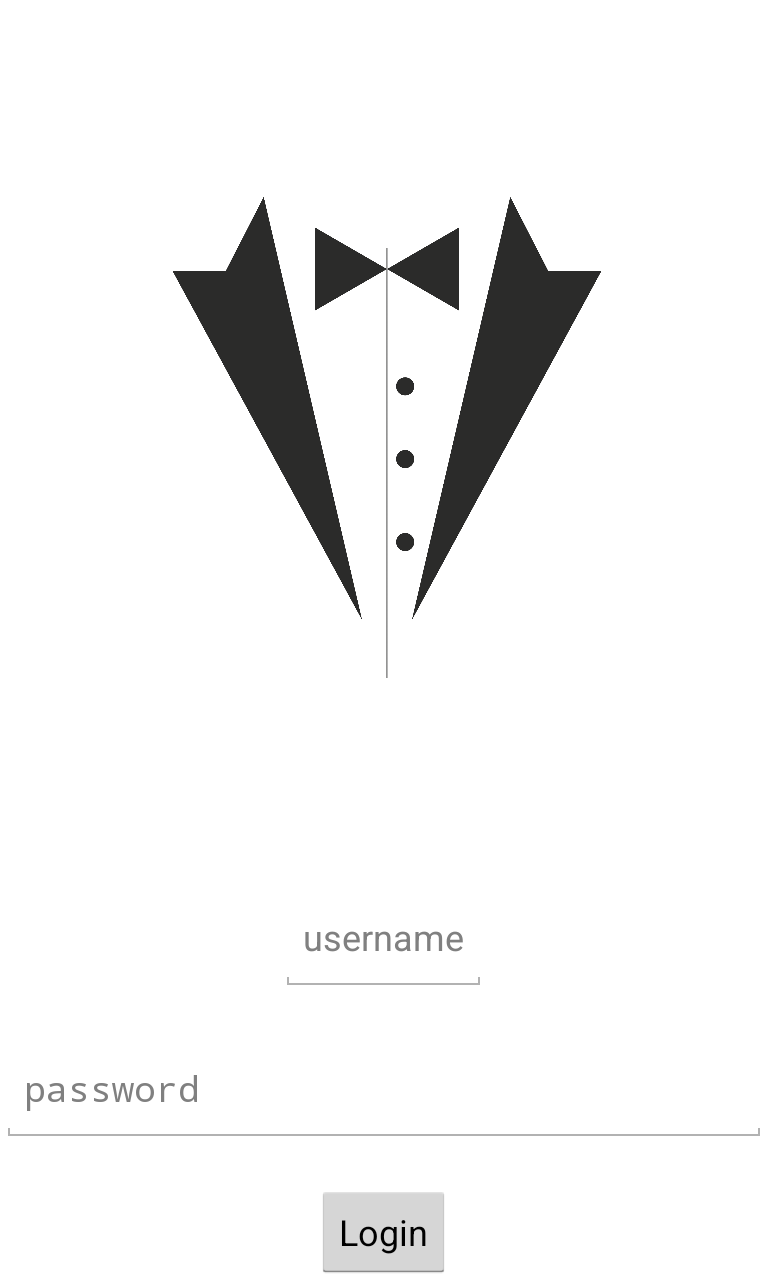
Repository: oszalex/SpryAndroid
Layout: android/Bro/res/layout/activity_main.xml
The author's editor kept a copy of each file at every save. The layout is drawn from the files as they stood at one save, then again after a run of saves.
It is drawn on a 768 x 1280 px phone screen (xhdpi) without system bars, with theme AppTheme; the app's code is not run.

Above is the layout before, as saved 2014-01-21 16:30:12.

### android/Bro/res/layout/activity_main.xml
<LinearLayout xmlns:android="http://schemas.android.com/apk/res/android"
    xmlns:tools="http://schemas.android.com/tools"
    android:layout_width="match_parent"
    android:layout_height="match_parent"
    android:orientation="vertical" >

    <ImageView
        android:id="@+id/logo"
        android:layout_width="256dp"
        android:layout_height="256dp"
        android:layout_gravity="center_horizontal"
        android:layout_weight="3"
        android:contentDescription="@string/logo_description"
        android:src="@drawable/logo" />

    <EditText
        android:id="@+id/edit_username"
        android:layout_width="wrap_content"
        android:layout_height="0dp"
        android:layout_gravity="center_horizontal"
        android:layout_marginTop="20dp"
        android:layout_weight="1"
        android:hint="@string/edit_username" />

    <EditText
        android:id="@+id/edit_password"
        android:layout_width="fill_parent"
        android:layout_height="0dp"
        android:layout_gravity="center_horizontal"
        android:layout_marginTop="20dp"
        android:layout_weight="1"
        android:hint="@string/edit_password"
        android:inputType="textPassword" />

    <Button
        android:layout_width="wrap_content"
        android:layout_height="wrap_content"
        android:layout_gravity="center_horizontal"
        android:layout_marginTop="20dp"
        android:text="@string/button_login" />

</LinearLayout>

### android/Bro/res/values/strings.xml
<?xml version="1.0" encoding="utf-8"?>
<resources>

    <string name="app_name">Bro</string>
    <string name="action_settings">Settings</string>
    <string name="edit_username">username</string>
    <string name="edit_password">password</string>
    <string name="button_login">Login</string>
    <string name="logo_description">Bro-Logo</string>

</resources>

Loaded but not shown: android/Bro/res/values/styles.xml (common file); android/Bro/res/values-v11/styles.xml (common file); android/Bro/res/values-v14/styles.xml (common file)

After the next 2 saves:
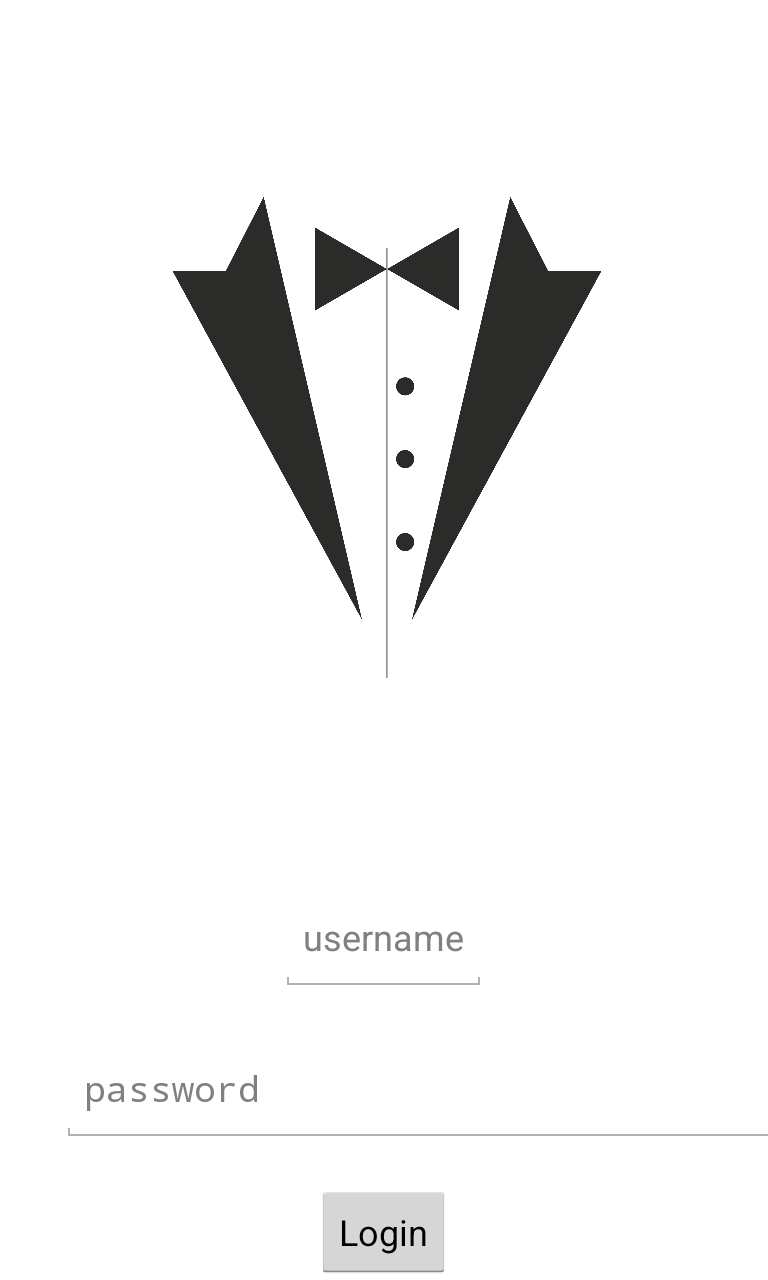
The 2 saves are shown as one change because they came seconds apart.
The last was saved 12 s later.
--- a/android/Bro/res/layout/activity_main.xml
+++ b/android/Bro/res/layout/activity_main.xml
@@ -27,6 +27,7 @@
         android:layout_width="fill_parent"
         android:layout_height="0dp"
         android:layout_gravity="center_horizontal"
+        android:layout_marginLeft="20dp"
         android:layout_marginTop="20dp"
         android:layout_weight="1"
         android:hint="@string/edit_password"
